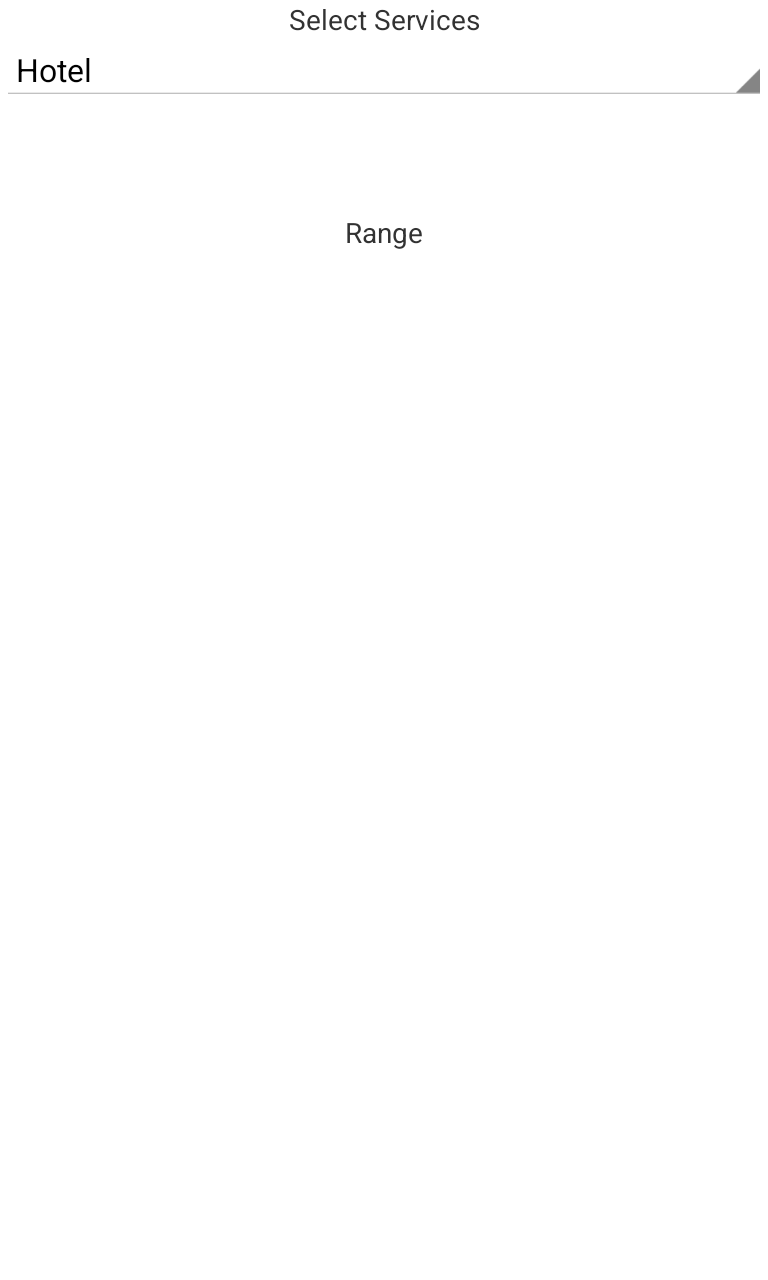
Repository: AungWinnHtut/projAndroid
Layout: com.engineer4myanmar.json.MainActivity/res/layout/activity_search.xml
The author's editor kept a copy of each file at every save. The layout is drawn from the files as they stood at one save, then again after the next save.
It is drawn on a 768 x 1280 px phone screen (xhdpi) without system bars, with theme AppTheme; the app's code is not run.

Above is the layout before, as saved 2015-08-23 11:21:56.

After the next save:
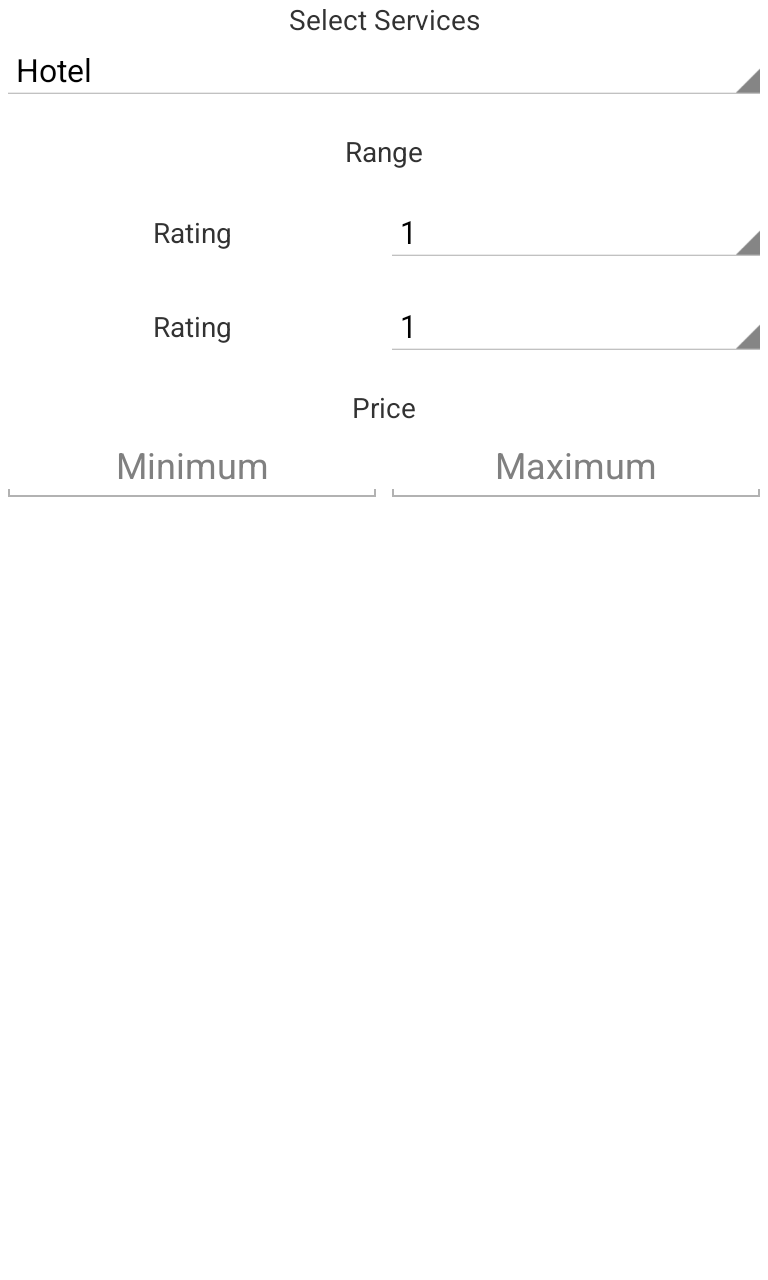
Saved 22 s later.
--- a/com.engineer4myanmar.json.MainActivity/res/layout/activity_search.xml
+++ b/com.engineer4myanmar.json.MainActivity/res/layout/activity_search.xml
@@ -37,6 +37,7 @@
             android:layout_gravity="center"
             android:gravity="center"
             android:text="Range" />
+        </LinearLayout>
 
     <LinearLayout
         android:layout_width="match_parent"
